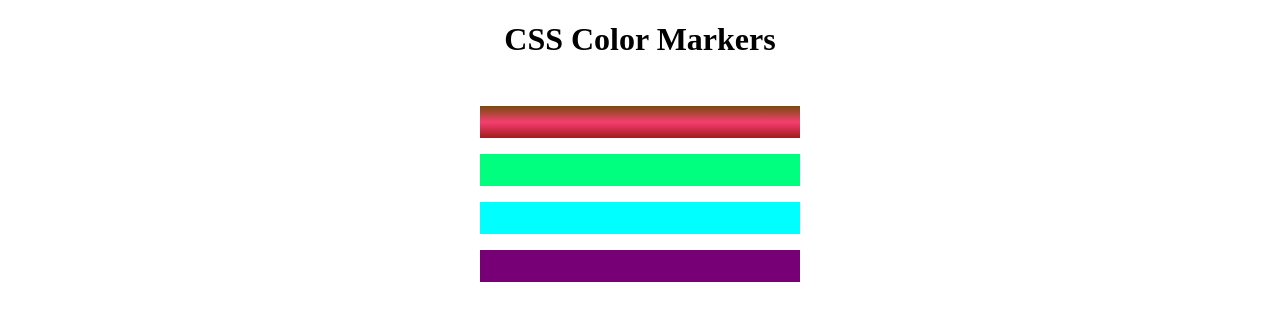
Repository: Lungdjos/color_markers
Page: index.html
The author's editor kept a copy of each file at every save. The page is drawn from the files as they stood at one save, then again after the next save.
The browser window is 1280 px wide. The pictures show the whole page.

Above is the page before, as saved 2023-09-18 18:45:09.

After the next save:
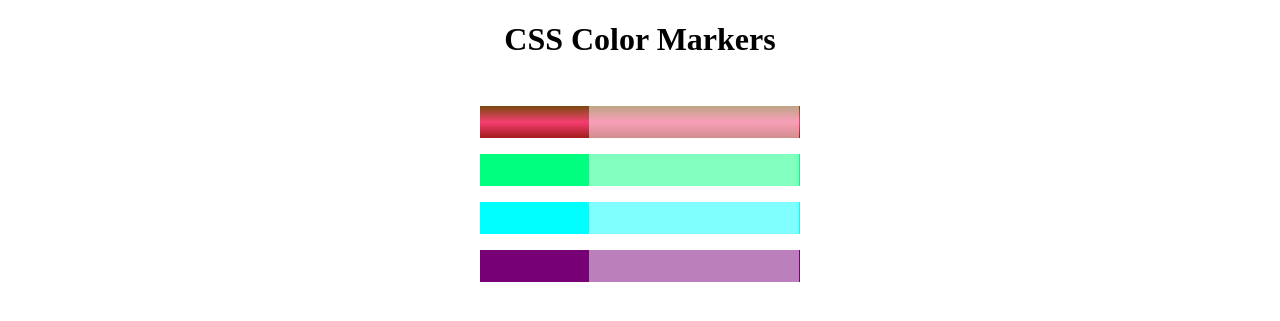
Saved 4 s later.
--- a/styles.css
+++ b/styles.css
@@ -46,5 +46,5 @@ h1 {
 
 .cap,
 .sleeve {
-    display: inline;
+    display: inline-block;
 }
